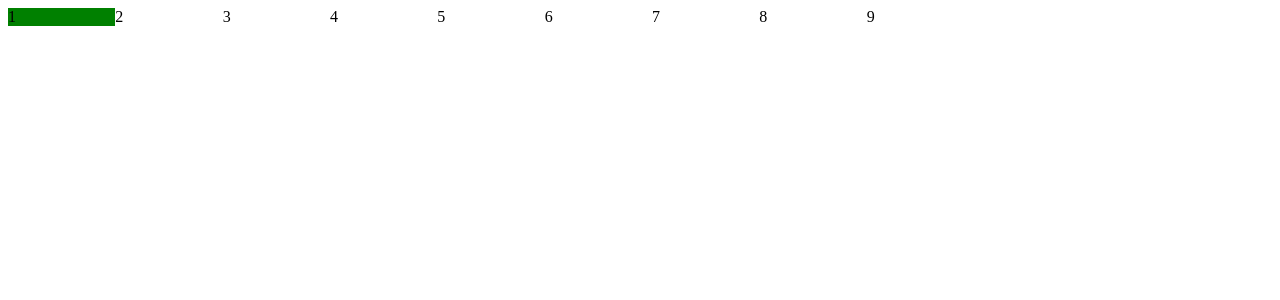
Repository: motiejus1/09-paskaita-05.31
Page: index.html
An editor plug-in stored every save of this project. The page is shown before and after a run of saves, followed by the edit.
The browser window is 1280 px wide. The pictures show the whole page.

Above is the page before, as saved 2021-06-15 18:48:53.

### index.html
<!DOCTYPE html>
<html lang="en">
<head>
    <meta charset="UTF-8">
    <meta http-equiv="X-UA-Compatible" content="IE=edge">
    <meta name="viewport" content="width=device-width, initial-scale=1.0">
    <title>9 paskaita</title>
    <style>
        .grid-container {
            display: grid;
            grid-template-columns: auto auto auto auto auto auto auto auto auto auto auto auto;
        }

        .zalia {
            background-color: green;
        }

        .raudona {
            background-color: red;
        }

        .geltona {
            background: greenyellow;
        }
    </style>
</head>
<body>
    <div class="grid-container">
        <div class="grid-item zalia">1</div>
        <div class="grid-item">2</div>
        <div class="grid-item">3</div>
        <div class="grid-item">4</div>
        <div class="grid-item">5</div>
        <div class="grid-item">6</div>
        <div class="grid-item">7</div>
        <div class="grid-item">8</div>
        <div class="grid-item">9</div>
    </div>

</body>
</html>

After the next 2 saves:
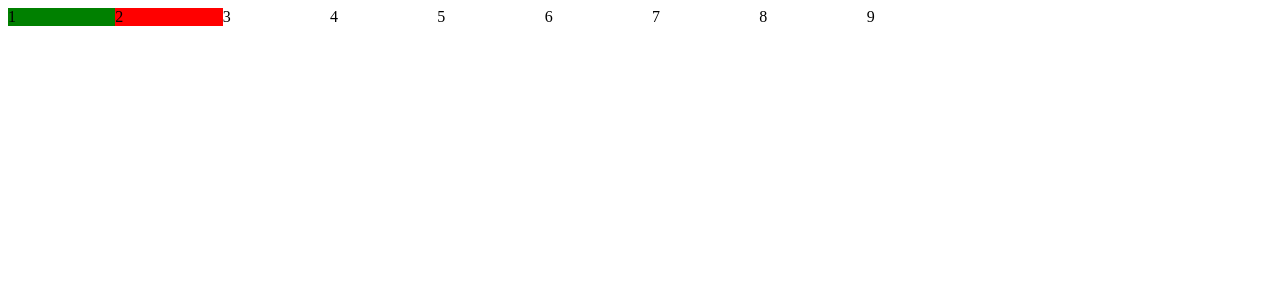
The 2 saves are shown as one change because they came seconds apart.
The last was saved 6 s later.
--- a/index.html
+++ b/index.html
@@ -27,7 +27,7 @@
 <body>
     <div class="grid-container">
         <div class="grid-item zalia">1</div>
-        <div class="grid-item">2</div>
+        <div class="grid-item raudona">2</div>
         <div class="grid-item">3</div>
         <div class="grid-item">4</div>
         <div class="grid-item">5</div>
